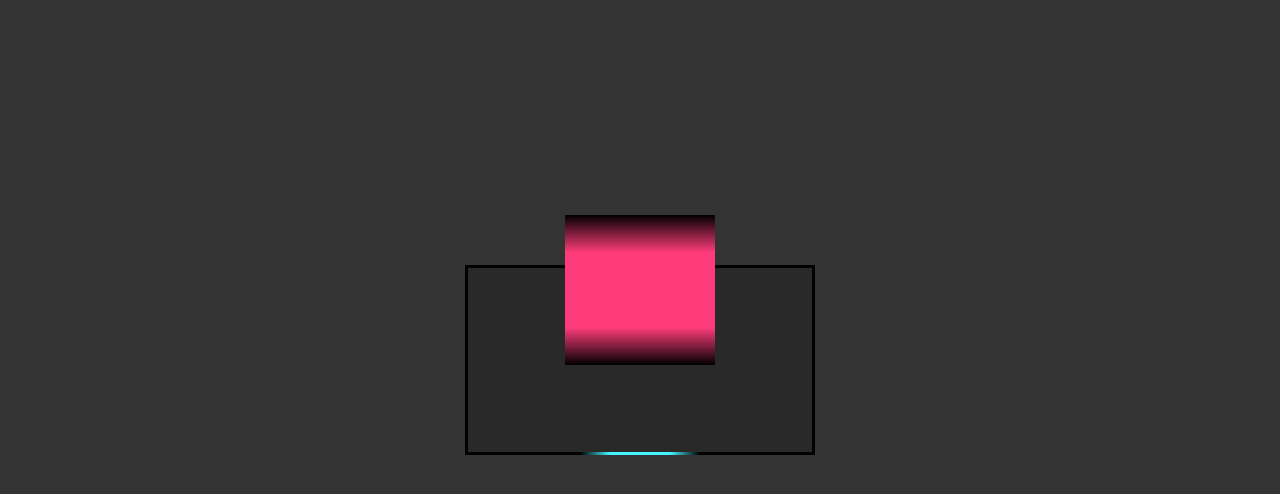
Repository: SeungYn/Javascript-study-toy
Page: profile-card/index.html
These files come from the project's save history. The page is drawn as it stood at one moment and after the next save; the edit follows.
The browser window is 1280 px wide. The pictures show the whole page.

Above is the page before, as saved 2023-01-12 15:41:31.

### profile-card/index.html
<!DOCTYPE html>
<html lang="en">
  <head>
    <meta charset="UTF-8" />
    <meta http-equiv="X-UA-Compatible" content="IE=edge" />
    <meta name="viewport" content="width=device-width, initial-scale=1.0" />
    <title>Document</title>
    <link rel="stylesheet" href="./style.css" />
  </head>
  <body>
    <div class="card">
      <div class="lines"></div>
      <div class="imgBx"></div>
    </div>
  </body>
</html>

### profile-card/style.css
@import url('https://fonts.googleapis.com/css?family-Popins:100,200,300,400,500,600,700,800,900');

* {
  margin: 0;
  padding: 0;
  box-sizing: border-box;
  font-family: 'Popins', sans-serif;
}

body {
  display: flex;
  justify-content: center;
  align-items: center;
  min-height: 100vh;
  background: #333;
}

.card {
  position: relative;
  width: 350px;
  height: 190px;
  background: #333;
  transition: 0.5s;
}

.card:hover {
  height: 450px;
}

.card .lines {
  position: absolute;
  inset: 0;
  background: #000;
  overflow: hidden;
}

.card .lines::before {
  content: '';
  position: absolute;
  top: 50%;
  left: 50%;
  transform: translate(-50%, -50%);
  width: 600px;
  height: 120px;
  background: linear-gradient(
    transparent,
    #45f3ff,
    #45f3ff,
    #45f3ff,
    transparent
  );
  animation: animate 4s linear infinite;
}

@keyframes animate {
  0% {
    transform: translate(-50%, -50%) rotate(0deg);
  }

  100% {
    transform: translate(-50%, -50%) rotate(360deg);
  }
}

.card .lines::after {
  content: '';
  position: absolute;
  inset: 3px;
  background-color: #292929;
}

.card .imgBx {
  position: absolute;
  left: 50%;
  top: -50px;
  transform: translateX(-50%);
  width: 150px;
  height: 150px;
  background: #000;
  transition: 0.5s;
  z-index: 10;
  overflow: hidden;
}

.card:hover .imgBx {
  width: 250px;
  height: 250px;
}
.card .imgBx::before {
  content: '';
  position: absolute;
  top: 50%;
  left: 50%;
  width: 500px;
  height: 150px;
  transform: translate(-50%, -50%);
  background: linear-gradient(
    transparent,
    #ff3c7b,
    #ff3c7b,
    #ff3c7b,
    transparent
  );
  animation: animate2 6s linear infinite;
}

@keyframes animate {
  0% {
    transform: translate(-50%, -50%) rotate(360deg);
  }

  100% {
    transform: translate(-50%, -50%) rotate(0deg);
  }
}

After the next save:
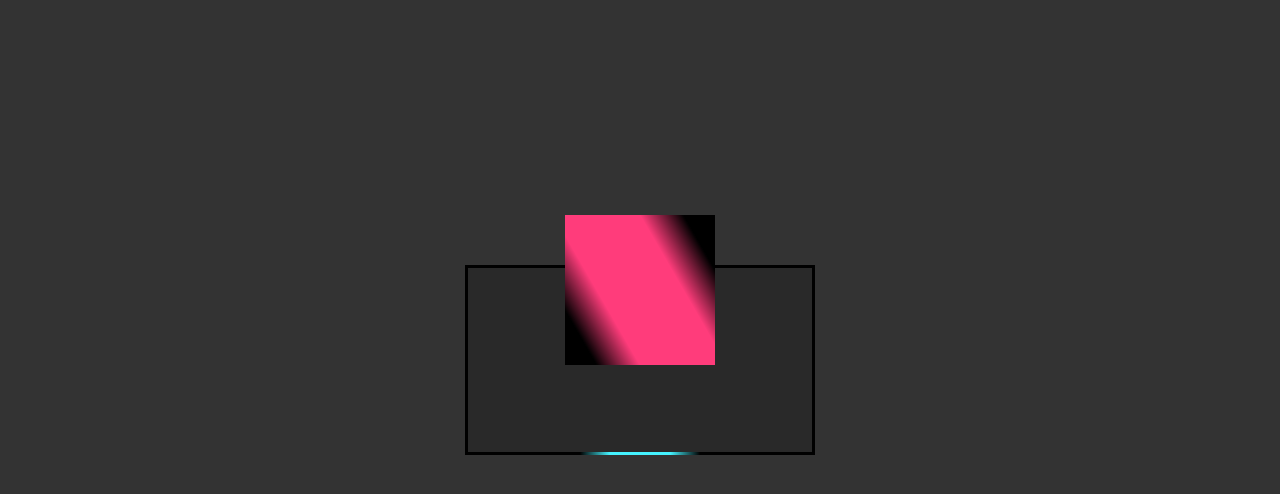
Saved 8 s later.
--- a/profile-card/style.css
+++ b/profile-card/style.css
@@ -104,7 +104,7 @@ body {
   animation: animate2 6s linear infinite;
 }
 
-@keyframes animate {
+@keyframes animate2 {
   0% {
     transform: translate(-50%, -50%) rotate(360deg);
   }
